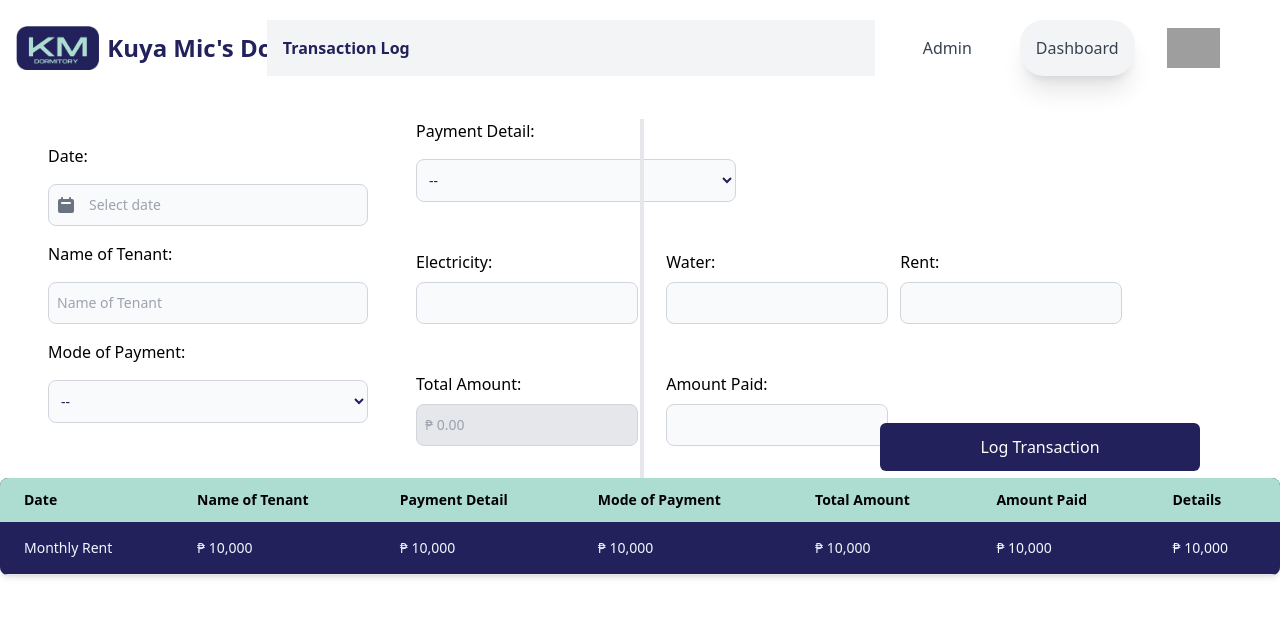
Repository: theamgri/Dormitory-Management-System
Page: paymentactivity.html
These files come from the project's save history. The page is drawn as it stood at one moment and after the next save; the edit follows.
The browser window is 1280 px wide. The pictures show the whole page.
Pictures or frames that could not be fetched are drawn as grey boxes. Some web libraries are served in a nearby version.

Above is the page before, as saved 2023-01-11 22:40:24.

### paymentactivity.html
<!DOCTYPE html>
<html lang="en">
<head>
    <script src="https://cdn.tailwindcss.com"></script>
    <script src="https://unpkg.com/flowbite@1.5.5/dist/datepicker.js"></script>
    <meta charset="UTF-8">
    <meta http-equiv="X-UA-Compatible" content="IE=edge">
    <meta name="viewport" content="width=device-width, initial-scale=1.0">
    <link rel="icon" type="image/x-icon" href="/assets/logo.png">
    <title>Payment Activity</title>

    <nav class="bg-white border-gray-200 px-2 sm:px-4 py-1 rounded dark:bg-gray-100">
        <div class="container flex flex-wrap items-center justify-between mx-auto">
          <a href="/" class="flex sm:items-left">
              <img src="/assets/logo.png" class="h-11" alt="KM Logo" />
              <span class="self-center align-middle pl-2 text-2xl font-Montserrat font-bold whitespace-nowrap" style="color: #22215B">Kuya Mic's Dormitory </span>
          </a>

          <button data-collapse-toggle="navbar-default" type="button" class="inline-flex items-center p-2 ml-3 text-sm text-gray-500 rounded-lg md:hidden hover:bg-gray-100 focus:outline-none focus:ring-2 focus:ring-gray-200 dark:text-gray-400 dark:hover:bg-gray-700 dark:focus:ring-gray-600" aria-controls="navbar-default" aria-expanded="false">
          <svg class="w-6 h-6" aria-hidden="true" fill="currentColor" viewBox="0 0 20 20" xmlns="http://www.w3.org/2000/svg"><path fill-rule="evenodd" d="M3 5a1 1 0 011-1h12a1 1 0 110 2H4a1 1 0 01-1-1zM3 10a1 1 0 011-1h12a1 1 0 110 2H4a1 1 0 01-1-1zM3 15a1 1 0 011-1h12a1 1 0 110 2H4a1 1 0 01-1-1z" clip-rule="evenodd"></path></svg>
          </button>
          <div class="hidden w-full md:block md:w-auto" id="navbar-default">

            <ul class="flex flex-col p-4 mt-4 border border-gray-100 rounded-lg md:flex-row md:space-x-8 md:mt-0 md:text-sm md:font-medium md:border-0">

              <li>
                <a href="#" class="block font-bold bg-gray-100 font-Montserrat text-base md:p-4" aria-current="page" style="color: #22215B; margin-left:-38rem;">Transaction Log</a>
              </li>
              <li>
                <a href="index.html" class="block font-Montserrat rounded text-base md:text-gray-700 md:p-4" aria-current="page">Admin</a>
              </li>
              <li>
                <a href="home.html" class="block shadow-xl bg-gray-100 font-Montserrat rounded-3xl text-base md:text-gray-700 md:p-4" aria-current="page">Dashboard</a>
              </li>
              <li>
                <a href="home.html" class="block py-2 pl-0 pr-4" aria-current="page"><img src="https://icones.pro/wp-content/uploads/2021/02/icone-utilisateur-gris.png" class="h-1 mr-3 sm:h-10" alt="KM Logo" /></a>
              </li>
            </ul>
          </div>

        </div>
      </nav>
</head>
<body>

  <div class="relative" style="margin: 3rem; margin-left: 3rem;">
    <h3 style="margin-bottom: 1rem;">Date:</h3>
    <div class="absolute inset-y-0 left-0 items-center pl-2 pointer-events-none" style="padding-top: 3.2rem;">

      <svg aria-hidden="true" class="w-5 h-5 text-gray-500 dark:text-gray-400" fill="currentColor" viewBox="0 0 20 20" xmlns="http://www.w3.org/2000/svg"><path fill-rule="evenodd" d="M6 2a1 1 0 00-1 1v1H4a2 2 0 00-2 2v10a2 2 0 002 2h12a2 2 0 002-2V6a2 2 0 00-2-2h-1V3a1 1 0 10-2 0v1H7V3a1 1 0 00-1-1zm0 5a1 1 0 000 2h8a1 1 0 100-2H6z" clip-rule="evenodd"></path></svg>
    </div>


    <input datepicker type="text" class="bg-gray-50 border border-gray-300 text-gray-900 text-sm rounded-lg focus:ring-blue-500 focus:border-blue-500 block w-80 pl-10 p-2.5 dark:border-gray-600 dark:placeholder-gray-400 dark:text-white dark:focus:ring-blue-500 dark:focus:border-blue-900" placeholder="Select date" style="color: #22215B;";>

  </div>

    <div>
      <div style="margin-left:3rem; margin-top: -2rem;">
      <h3>Name of Tenant:</h3>
      <input type="text" class="bg-gray-50 border border-gray-300 text-gray-900 text-sm rounded-lg focus:ring-blue-500 focus:border-blue-500 block w-80 pl-2 p-2.5 dark:border-gray-600 dark:placeholder-gray-400 dark:text-white dark:focus:ring-blue-500 dark:focus:border-blue-500" style=" margin-top: 1rem; color: #22215B;" placeholder="Name of Tenant">
    </div>
  </div>


    <div style="margin-left:3rem; margin-top: 1rem;">
    <h3>Mode of Payment:</h3>
    <select class="bg-gray-50 border border-gray-300 text-gray-900 text-sm rounded-lg focus:ring-blue-500 focus:border-blue-500 block w-80 pl-2 p-2.5 dark:border-gray-600 dark:placeholder-gray-400 dark:text-white dark:focus:ring-blue-500 dark:focus:border-blue-500" style="color: #22215B; margin-top: 1rem;" placeholder="Mode of Payment">
      <option>--</option>
      <option>Gcash</option>

        <option>Cash-Over the Counter</option>
    </select>
  </div>

<div class="sm:fixed left-1/2 w-1 bg-gray-200" style="margin-top: -19rem; height: 25rem"></div>

  <div class="absolute top-15 right-20" style="margin-left: 30rem;">
    <button onclick="location.href='#'" type="submit" class="block mt-0 mb-4 text-white bg-primary-600 focus:ring-4 focus:outline-none focus:ring-primary-300 font-medium rounded-md text-md px-10 py-2.5 sm:text-center" style="background-color:#22215B; height: 3rem; width: 20rem;">Log Transaction</button>
      </div>



    <div class="text" style="margin-left:25rem; margin-top: -20rem; padding: 1rem;">

        <h3>Payment Detail:</h3>
        <select class="bg-gray-50 border border-gray-300 text-gray-900 text-sm rounded-lg focus:ring-blue-500 focus:border-blue-500 block w-80 pl-2 p-2.5 dark:border-gray-600 dark:placeholder-gray-400 dark:text-white dark:focus:ring-blue-500 dark:focus:border-blue-500" style="color: #22215B; margin-top: 1rem;" placeholder="Mode of Payment">
          <option>--</option>
          <option>Gcash</option>

            <option>Cash-Over the Counter</option>
        </select>


  </div>


     <div class="inline-block" style="margin-left:25rem; margin-top: 1rem; padding: 1rem;">
        <h3 style="padding-bottom: 0.5rem">Electricity:</h3>
            <input type="text" class="bg-gray-50 border border-gray-300 text-gray-900 text-sm rounded-lg focus:ring-blue-500 focus:border-blue-500 block w-50 pl-2 p-2.5 dark:border-gray-600 dark:placeholder-gray-400 dark:text-white dark:focus:ring-blue-500 dark:focus:border-blue-500" style="color: #22215B;" placeholder="">
    </div>


    <div class="inline-block" style="margin-left:0.5rem; margin-top: 1rem;">
        <h3 style="padding-bottom: 0.5rem">Water:</h3>
            <input type="text" class="bg-gray-50 border border-gray-300 text-gray-900 text-sm rounded-lg focus:ring-blue-500 focus:border-blue-500 block w-50 pl-2 p-2.5 dark:border-gray-600 dark:placeholder-gray-400 dark:text-white dark:focus:ring-blue-500 dark:focus:border-blue-500" style="color: #22215B;" placeholder="">
    </div>


    <div class="inline-block" style="margin-left:0.5rem; margin-top: 1rem;">
        <h3 style="padding-bottom: 0.5rem">Rent:</h3>
            <input type="text" class="bg-gray-50 border border-gray-300 text-gray-900 text-sm rounded-lg focus:ring-blue-500 focus:border-blue-500 block w-50 pl-2 p-2.5 dark:border-gray-600 dark:placeholder-gray-400 dark:text-white dark:focus:ring-blue-500 dark:focus:border-blue-500" style="color: #22215B;" placeholder="">
    </div>


 <div>
    <div class="inline-block" style="margin-left:25rem; margin-top: 1rem; padding: 1rem;">
      <h3 style="padding-bottom: 0.5rem">Total Amount:</h3>
          <input type="text" class="bg-gray-200 border border-gray-300 text-gray-900 text-sm rounded-lg focus:ring-blue-500 focus:border-blue-500 block w-50 pl-2 p-2.5 dark:border-gray-600 dark:placeholder-gray-400 dark:text-white dark:focus:ring-blue-500 dark:focus:border-blue-500" style="color: #22215B;" placeholder="₱ 0.00">
  </div>


  <div class="inline-block" style="margin-left:0.5rem; margin-top: 1rem;">
      <h3 style="padding-bottom: 0.5rem">Amount Paid:</h3>
          <input type="text" class="bg-gray-50 border border-gray-300 text-gray-900 text-sm rounded-lg focus:ring-blue-500 focus:border-blue-500 block w-50 pl-2 p-2.5 dark:border-gray-600 dark:placeholder-gray-400 dark:text-white dark:focus:ring-blue-500 dark:focus:border-blue-500" style="color: #22215B;" placeholder="">

        </div>


</div>
</div>

<div class="mt-4 relative overflow-x-auto shadow-md sm:rounded-lg" style="background-color:#22215B;">
  <table class="w-full text-sm text-left" style="background-color: #ADDDD0">

    <thead class="text-md">


        <tr><th scope="col" class="px-6 py-3">
          Date
    </th>
      <th scope="col" class="px-6 py-3">
          Name of Tenant
      </th>
      <th scope="col" class="px-6 py-3">
        Payment Detail
      </th>
      <th scope="col" class="px-6 py-3">
        Mode of Payment
      </th>
      <th scope="col" class="px-6 py-3">
        Total Amount
      </th>
      <th scope="col" class="px-6 py-3">
        Amount Paid
      </th>
      <th scope="col" class="px-6 py-3">
        Details
      </th>
     </tr>
    </thead>





    <tbody style="background-color:#22215B; color:aliceblue;">
      <tr class="border-b ">
        <th scope="row" class="px-6 py-4 font-medium">
            Monthly Rent
        </th><th scope="row" class="px-6 py-4 font-medium">
          ₱ 10,000
      </th>
    </th><th scope="row" class="px-6 py-4 font-medium">
      ₱ 10,000
  </th>
</th><th scope="row" class="px-6 py-4 font-medium">
  ₱ 10,000
</th>
</th><th scope="row" class="px-6 py-4 font-medium">
  ₱ 10,000
</th>
</th><th scope="row" class="px-6 py-4 font-medium">
  ₱ 10,000
</th>
</th><th scope="row" class="px-6 py-4 font-medium">
  ₱ 10,000
</th>
    </tr>




</tr>


      </tbody>

  </table>

</div>






</body>
</html>

After the next save:
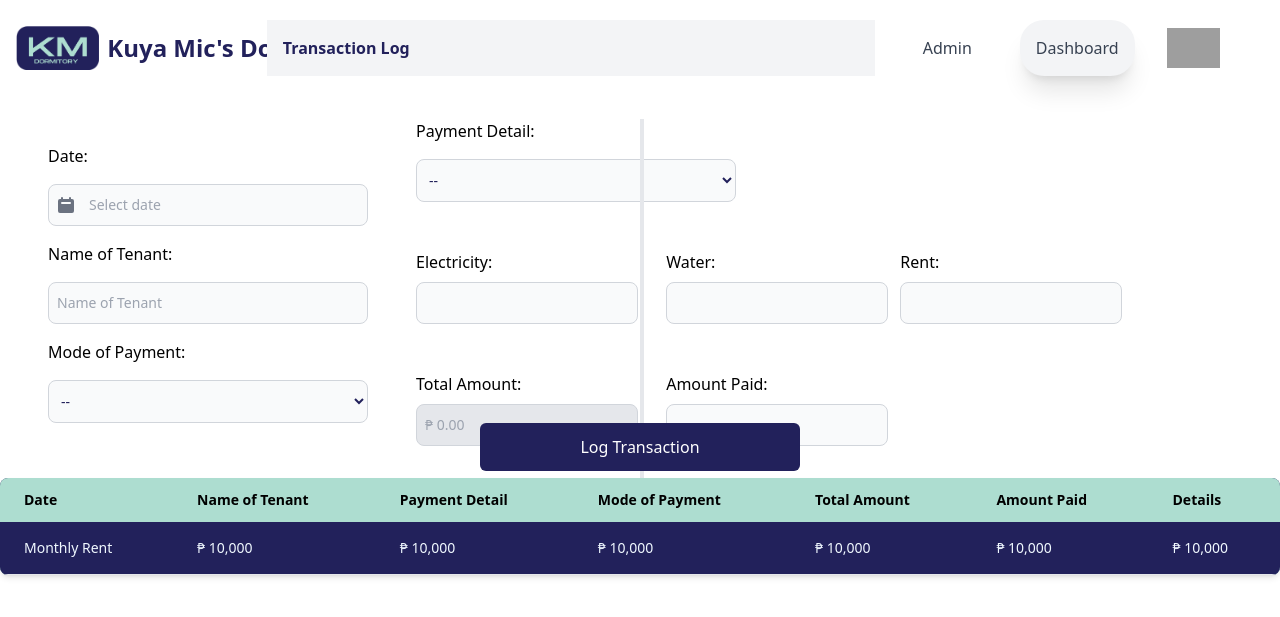
Saved 27 s later.
--- a/paymentactivity.html
+++ b/paymentactivity.html
@@ -75,7 +75,7 @@
 
 <div class="sm:fixed left-1/2 w-1 bg-gray-200" style="margin-top: -19rem; height: 25rem"></div>
 
-  <div class="absolute top-15 right-20" style="margin-left: 30rem;">
+  <div class="absolute top-15 right-30" style="margin-left: 30rem;">
     <button onclick="location.href='#'" type="submit" class="block mt-0 mb-4 text-white bg-primary-600 focus:ring-4 focus:outline-none focus:ring-primary-300 font-medium rounded-md text-md px-10 py-2.5 sm:text-center" style="background-color:#22215B; height: 3rem; width: 20rem;">Log Transaction</button>
       </div>
 

After the save that followed:
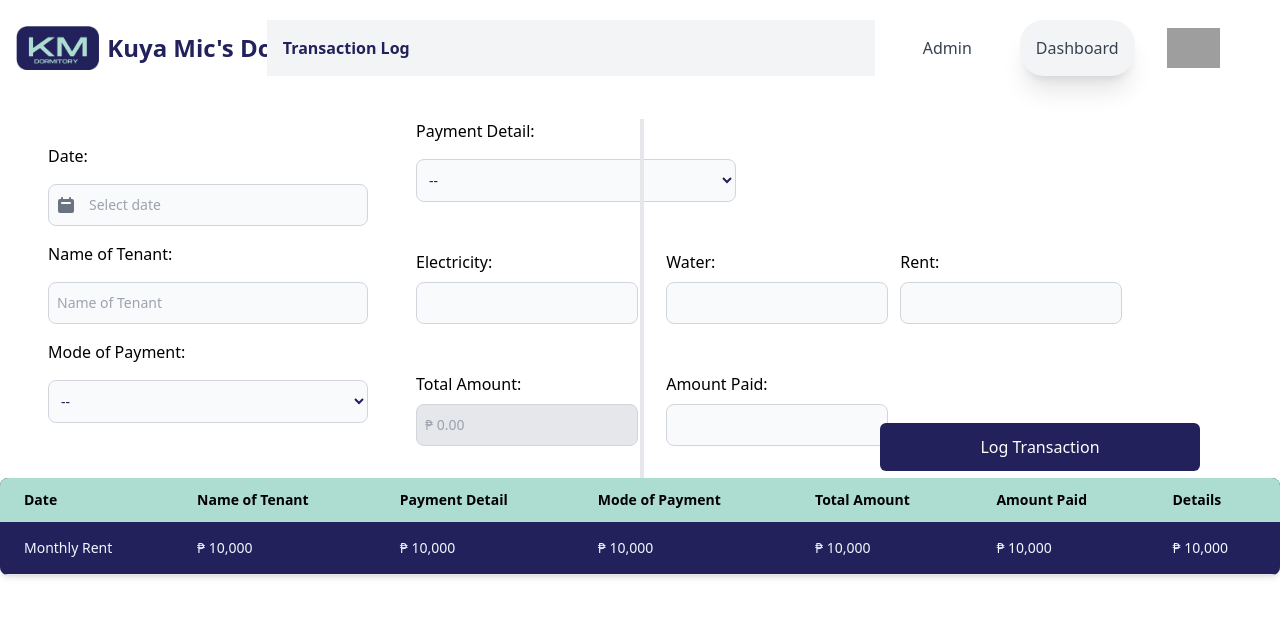
Saved 4 s later.
--- a/paymentactivity.html
+++ b/paymentactivity.html
@@ -75,7 +75,7 @@
 
 <div class="sm:fixed left-1/2 w-1 bg-gray-200" style="margin-top: -19rem; height: 25rem"></div>
 
-  <div class="absolute top-15 right-30" style="margin-left: 30rem;">
+  <div class="absolute top-15 right-20" style="margin-left: 30rem;">
     <button onclick="location.href='#'" type="submit" class="block mt-0 mb-4 text-white bg-primary-600 focus:ring-4 focus:outline-none focus:ring-primary-300 font-medium rounded-md text-md px-10 py-2.5 sm:text-center" style="background-color:#22215B; height: 3rem; width: 20rem;">Log Transaction</button>
       </div>
 
